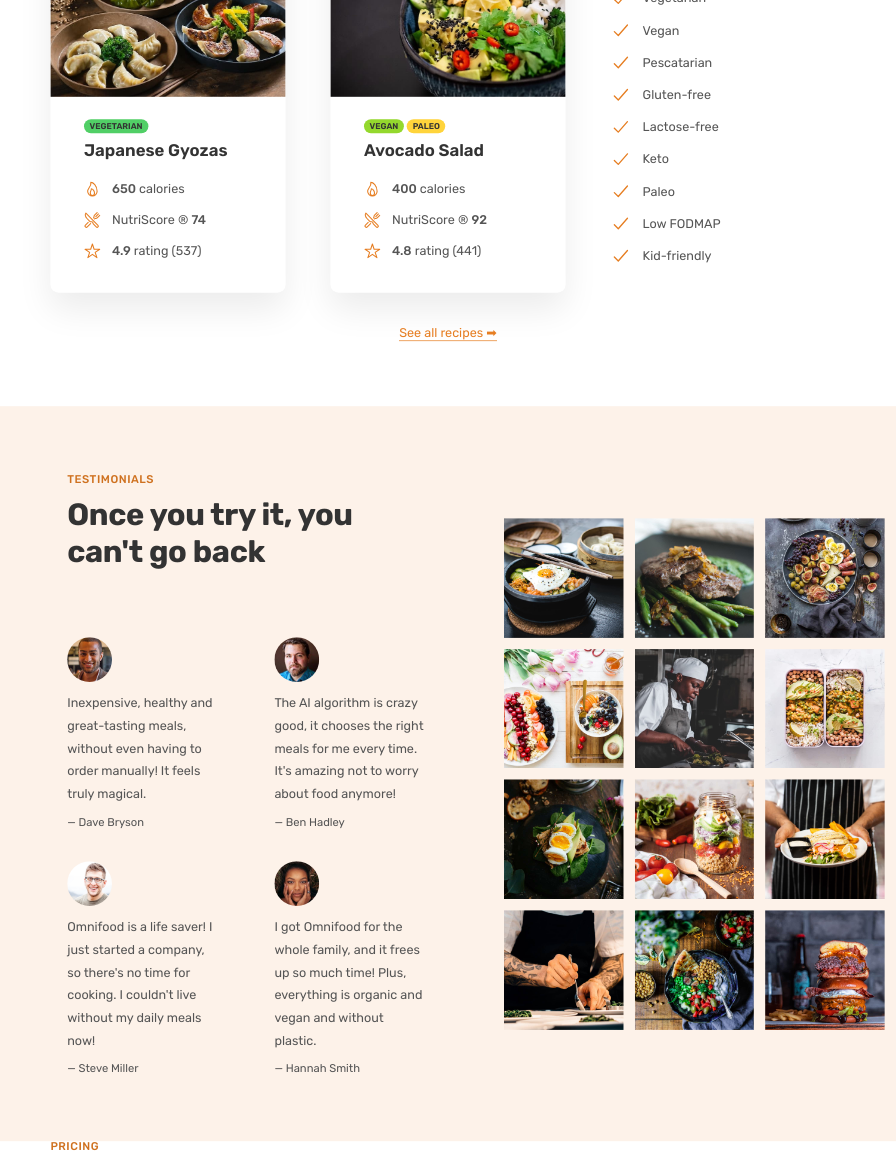
Repository: TranPhucThinh/Omnifood
Page: index.html
An editor plug-in stored every save of this project. The page is shown before and after the next save, followed by the edit.
The browser window is 1280 px wide. The pictures show the part of the page from y = 3016 to 4936 px (the page is 4678 px tall before and 4936 px after), at 70% of full size.

Above is the page before, as saved 2022-08-06 22:12:47.

After the next save:
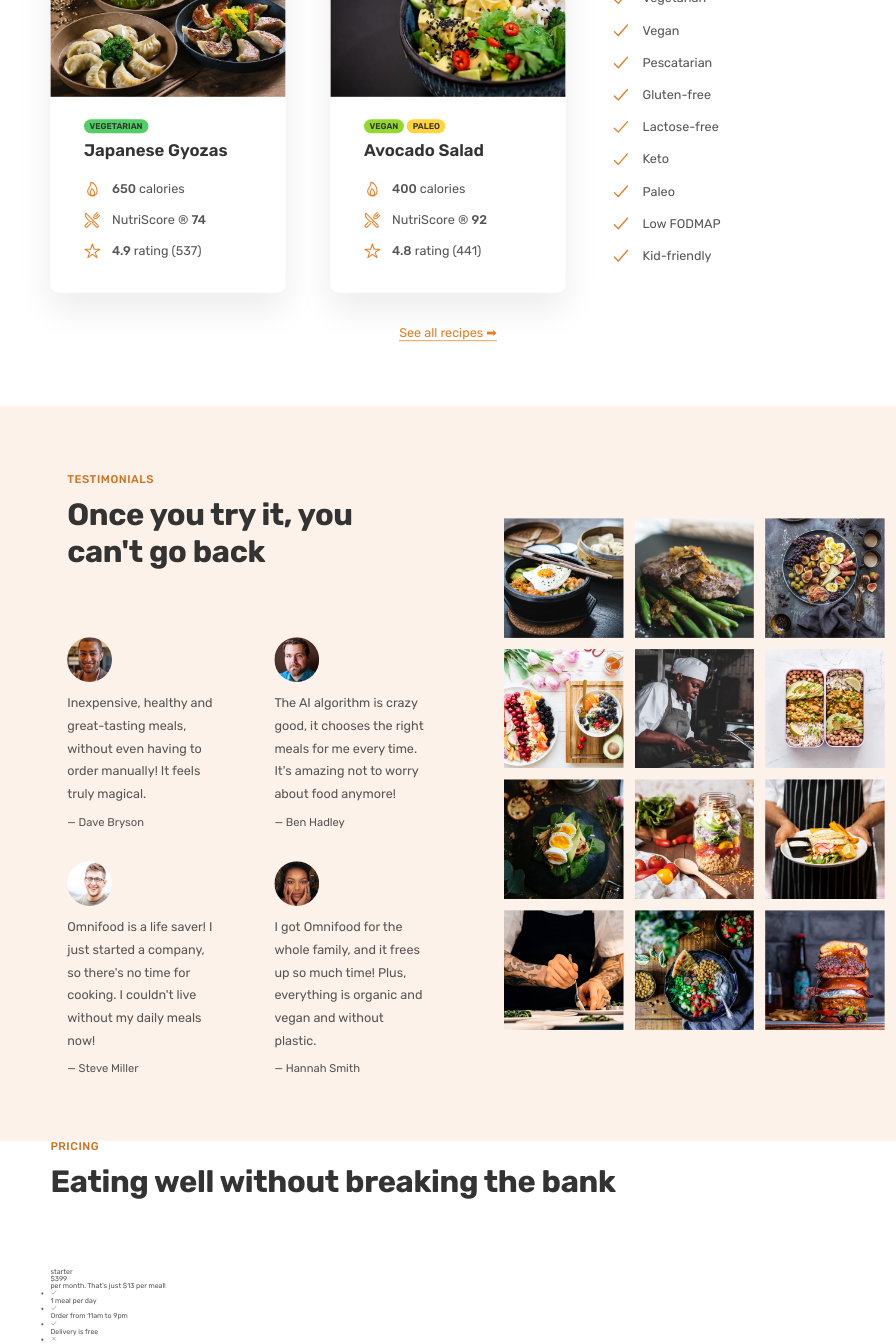
Saved 13 min 24 s later.
--- a/index.html
+++ b/index.html
@@ -322,7 +322,40 @@
     <div class="section-pricing">
         <div class="container">
             <p class="subheading">pricing</p>
-
+            <h2 class="heading-secondary">Eating well without breaking the bank</h2>
+        </div>
+        <div class="container grid grid--2-cols .margin-bottom-md">
+            <div class="pricing-plan">
+                <header class="plan-name">starter</header>
+                <p class="plan-pricing"><span>$</span>399</p>
+                <p class="plan-text">per month. That's just $13 per meal!</p>
+                <ul class="list-benefits">
+                    <li class="benefit">
+                        <div class="benefit-icon">
+                            <ion-icon name="checkmark-outline"></ion-icon>
+                        </div>
+                        1 meal per day
+                    </li>
+                    <li class="benefit">
+                        <div class="benefit-icon">
+                            <ion-icon name="checkmark-outline"></ion-icon>
+                        </div>
+                        Order from 11am to 9pm
+                    </li>
+                    <li class="benefit">
+                        <div class="benefit-icon">
+                            <ion-icon name="checkmark-outline"></ion-icon>
+                        </div>
+                        Delivery is free
+                    </li>
+                    <li class="benefit">
+                        <div class="benefit-icon">
+                            <ion-icon name="close-outline"></ion-icon>
+                        </div>
+                    </li>
+                </ul>
+            </div>
+            <div class="pricing-plan"></div>
         </div>
     </div>
     <!-- End of SECTION PRICING -->
